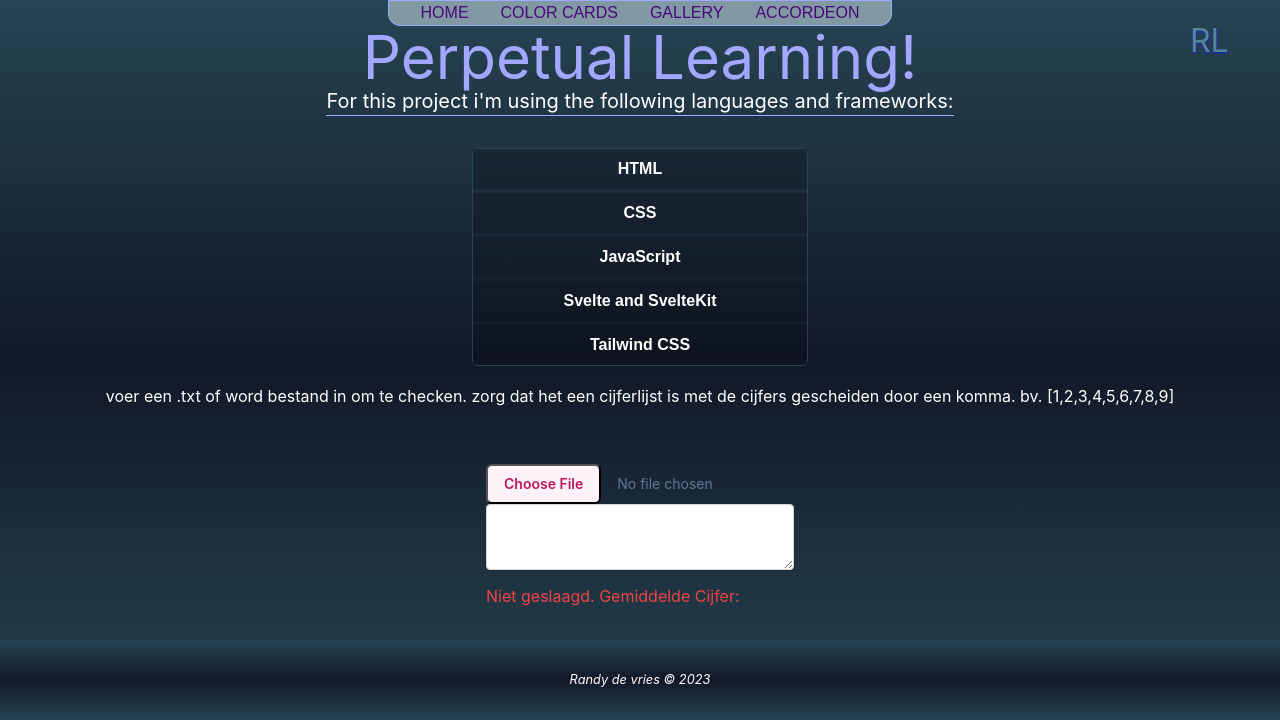
Repository: Freezler/svelte-app
Page: /links
The author's editor kept a copy of each file at every save. The page is drawn from the files as they stood at one save, then again after a run of saves.
The browser window is 1280 px wide. The pictures show the whole page.
The project was rebuilt for these pictures with package versions that can differ from the ones it lists, and the page was loaded fresh each time. The framework's server and built-in components were replaced by stand-ins that run in the browser. Also part of the build but not shown: svelte.config.js, vite.config.js.

Above is the page before, as saved 2023-11-12 11:41:29.

### src/app.html
<!DOCTYPE html>
<html lang="en">
	<head>
		<meta charset="utf-8" />
		<link rel="icon" href="%sveltekit.assets%/favicon.png" />
		<meta name="viewport" content="width=device-width" />
		%sveltekit.head%
		<title>SvelteKitProject</title>
	</head>
	<body data-sveltekit-preload-data="hover">
		<div style="display: contents">%sveltekit.body%</div>
	</body>
</html>

### src/routes/+layout.svelte
<script>
  import '../app.css';
  import Navbar from '../components/Navbar.svelte';
  import Footer from '../components/Footer.svelte';
</script>

<html lang="en" class="select-none scroll-smooth">
  <head>
    <!-- Add any necessary head content here -->
  </head>
  <body class=" flex flex-col h-full overflow-scroll">
    <Navbar />
    <main>
      <slot />
    </main>
    <Footer />
  </body>
</html>

### src/routes/links/+page.svelte
<script>
	import { onDestroy, onMount } from 'svelte';
	onMount(() => console.log('Mounted Links page'));
	onDestroy(() => console.log('Unmounted Links page'));
	import CijferlijstInput from '../../components/CijferlijstInput.svelte';
	import Accordion from '../../components/Accordion.svelte';

</script>

<main
	class=" z-100 flex h-screen scroll-smooth justify-center items-center w-screen flex-col bg-gradient-to-b from-astral-900 via-gray-900 to-astral-900 overflow-scroll pb-24"
>
<div class="flex flex-col w-[100%] items-center justify-center font-sans h-screen ">
	<h1 class="animate-slow-slide-down text-3xl sm:text-5xl md:text-6xl xl:8xl text-purpleone-300  ">Perpetual Learning!</h1>
	<p class="animate-slow-slide-up text-xs sm:text-[16px] md:text-xl xl:2xl text-white border-b-[1px]  border-purpleone-300 text-purpleone600">For this project i'm using the following languages and frameworks:</p>
	<Accordion />
</div>
<div class="flex flex-col w-[100%] items-center justify-center"></div>
		<CijferlijstInput />
</main>

### src/app.css
@import 'tailwindcss/base';
@import 'tailwindcss/components';
@import 'tailwindcss/utilities';

/* Your custom CSS goes here */
body {
	scroll-behavior: smooth;
}

body * {
	-moz-scrollbar-width: none;
	scrollbar-width: none;
	-ms-overflow-style: none;
}

### src/components/Navbar.svelte
<script>
	let showNav = false;

	const toggleNav = () => {
		showNav = !showNav;
		const body = document.body;

		if (showNav) {
			body.classList.add('overflow-hidden');
		} else {
			body.classList.remove('overflow-hidden');
		}
	};
</script>

<nav
	class=" fixed bottom-0 z-40 flex h-20 w-[100%] select-none items-center justify-between text-center antialiased focus:select-none md:right-0 md:top-0 md:justify-center"
>
	<a href="/" class="ml-3 flex h-16 select-none items-center focus:select-none "
		><svg
			class="flex h-20 animate-pulse md:right-0 md:absolute"
			version="1.1"
			xmlns="http://www.w3.org/2000/svg"
			width="100"
			height="100"
			viewBox="0 0 100 100"
		>
			<!-- Outline -->
			<text
				class="select-none focus:select-none shadow-xl animate-slow-slide-down "
				x="0"
				y="66"
				font-size="40"
				fill="red3"
				stroke="#12ff"
				stroke-width="2"
				stroke-linejoin="round">RL</text
			>
			<!-- Text -->
			<text class="animate-slow-slide-in" x="0" y="65" font-size="40" fill="#87ccd9">RL</text>
		</svg></a
	>

	<!-- Hamburger voorS  mobile/kleine schermen -->
	<button
		class=" mr-8 select-none text-white focus:select-none active:select-none md:hidden"
		on:click={toggleNav}
	>
		<div class="relative flex h-6 w-6 items-center">
			<span
				class={' absolute block h-[2px] w-5 origin-center bg-blueone-50 transition-transform'}
				class:rotate-45={showNav}
				class:top-2={!showNav}
			></span>
			<span
				class={'z-2000 absolute block h-[2px] w-5 origin-center bg-white blur-none transition-transform'}
				class:-rotate-45={showNav}
				class:bottom-2={!showNav}
			></span>
			<span
				class={'z-2000 absolute block h-[2px] w-5 origin-center bg-white blur-none transition-transform'}
				class:-rotate-45={showNav}
				class:bottom-2={!showNav}
			></span>
		</div>
	</button>

	<div
		class={`absolute top-0 z-50	hidden  -[80px] select-none rounded-b-xl text-purplethree-950  font-display uppercase  items-center justify-center gap-8 px-8 border-[1px] border-purpleone-300   bg-astral-100 bg-opacity-50  bg-cover bg-center    md:flex ${
			showNav ? 'hidden' : 'block'
		}`}
	>
	    <a href="/" class="hover:text-cyan-200 hover:bg-slate-500 ">Home</a>
		<a href="/blogs" class="hover:text-cyan-200 hover:bg-slate-500  ">Color Cards</a>
		<a href="/about" class="hover:text-cyan-200 hover:bg-slate-500">Gallery</a>
		<a href="/links" class="hover:text-cyan-200 hover:bg-slate-500">Accordeon</a>
	</div>
</nav>

<!-- Conditional Mobile Menu Overlay -->
{#if showNav}
	<div
		class=" fixed inset-0 z-50 flex animate-slow-fade-in select-none items-center justify-center bg-gray-800 bg-opacity-40 backdrop-blur-[2px]"
		on:click={toggleNav}
		on:keypress={toggleNav}
		role="button"
		tabindex="0"
	>
		<div
			class="absulute flex select-none flex-col items-center text-2xl text-gray-200 opacity-100 transition-opacity duration-100 ease-in-out"
		>
			<a href="/" tabindex="0" class="text-cyan-200"
				><svg xmlns="http://www.w3.org/2000/svg" width="80" height="80" viewBox="0 0 80 80">
					<!-- Outline -->
					<text
						x="16"
						y="50"
						font-family="Inter"
						font-size="40"
						fill="cyan"
						stroke="#dfe2ff"
						stroke-width="6"
						stroke-linejoin="round">RL</text
					>
					<!-- Text -->
					<text x="16" y="50" font-family="Inter" font-size="40" fill="indigo">RL</text>
				</svg>
				<hr class="mb-6 w-full border-bluetwo-400" /></a
			>
			<a href="/projects" tabindex="0" class="text-[#b910377e]">under construction..</a>
			<a href="/blogs" tabindex="0" class="text-[#dfe2ff]">Color Cards</a>
			<a href="/about" tabindex="0" class="text-[#dfe2ff]">Gallery</a>
			<a href="/links" tabindex="0" class="text-[#dfe2ff]">Accordeon</a>
		</div>
	</div>
{/if}

### src/components/Footer.svelte
<script>
</script>

<div class="bg-opacity-70 bg-gradient-to-b from-astral-900 via-gray-900 to-astral-900 bg-cover bg-center bg-no-repeat bg-blone-300  fixed w-screen bottom-0 h-20 flex items-center p-0 m-0">
  <div class="flex w-full items-center justify-around">
	<!-- GitHub icon -->
	<small class="text-white italic">Randy de vries &copy; {new Date().getFullYear()}</small>
  </div>
</div>

### src/components/CijferlijstInput.svelte
<!-- FileInput.svelte -->
<script>
  import { onMount } from 'svelte';

  export let fileContent = '';
  export let isSuccess = false;
  let gemiddeldeCijfer = '';

  function handleFileInput(event) {
	const file = event.target.files[0];

	if (file) {
	  const reader = new FileReader();

	  reader.onload = function (e) {
		const content = e.target.result;
		if (content.trim() !== '') {
		  fileContent = content;
		  isSuccess = true;
		  gemiddeldeCijfer = calculateGemiddeldeCijfer(fileContent);
		}
	  };

	  reader.readAsText(file);
	}
  }

  function calculateGemiddeldeCijfer(content) {
	const cijfers = content.split('\n').filter(line => line.trim() !== '').map(Number);
	const totaal = cijfers.reduce((acc, curr) => acc + curr, 0);
	return totaal / cijfers.length;
  }
</script>
<div class="text-center text-white -translate-y-10"><h3>voer een .txt of word bestand in om te checken.
	zorg dat het een cijferlijst is met de cijfers gescheiden door een komma. bv. [1,2,3,4,5,6,7,8,9]
</h3></div>
<div class="p-4 min-w-[340px]">
  <input
	type="file"
	accept=".txt, .doc, .docx"
	on:change={handleFileInput}
	class="block w-full text-sm text-slate-500 file:mr-4 file:py-2 file:px-4 file:rounded-md file:border-1 file:text-sm file:font-semibold file:bg-pink-50 file:text-pink-700 hover:file:bg-pink-100"
  />
  <textarea bind:value={fileContent} class="w-full h-[content] border border-gray-300 rounded p-2"></textarea>

  {#if isSuccess}
	<p class="text-green-500 mt-2 mx-auto">Van harte gefeliciteerd, je bent geslaagd! Gemiddelde Cijfer: {gemiddeldeCijfer}</p>
  {:else}
	<p class="text-red-500 mt-2 mx-auto">Niet geslaagd. Gemiddelde Cijfer: {gemiddeldeCijfer}</p>
  {/if}
</div>

### src/components/Accordion.svelte
<script>
	let panels = [
		{
			title: 'HTML',
			content:
				'HTML is the standard markup language for documents designed to be displayed in a web browser.'
		},
		{ title: 'CSS', content: 'CSS is used to define styles for your web pages' },
		{
			title: 'JavaScript',
			content: 'JavaScript is used to add interactivity to your web pages'
		},
		{
			title: 'Svelte and SvelteKit',
			content: 'Svelte and SvelteKit are both JavaScript frameworks'
		},
		{ title: 'Tailwind CSS', content: 'Tailwind CSS is a utility-first CSS framework' }
	];

	let expandedPanel = null;

	function togglePanel(panel) {
		if (expandedPanel === panel) {
			expandedPanel = null;
		} else {
			expandedPanel = panel;
		}
	}
</script>

<div class="bg-transparent animate-slow-slide-up z-60 wrapper max-w-[400px] mx-auto mt-[0] w-[80%] text-center rounded-sm p-8">
	<div class="flex flex-col space-y-1  rounded-md border-[1px] border-astral-900">
		{#each panels as panel}
			<!-- svelte-ignore a11y-no-static-element-interactions -->
			<div
				class="relative isolate animate-fast-fade-in overflow-hidden"
				on:click={() => togglePanel(panel)}
				on:keydown={() => togglePanel(panel)}
				aria-roledescription="accordion"
			>
				<div class="" aria-expanded={panel === expandedPanel}>
					<!-- svelte-ignore empty-block -->
					{#if panel === expandedPanel}{/if}
					<div
						class="relative isolate grid place-items-center bg-[rgba(0,0,0,0.2)] p-2 font-display font-bold text-white"
					>
						{panel.title}
					</div>
				</div>
				{#if expandedPanel === panel}
					<div
						class="max-w-[100%] z-20 animate-slow-fade-in bg-astral-900 bg-opacity-70 px-6 py-0"
					>
						<svg
							xmlns="http://www.w3.org/2000/svg"
							class="icon icon-tabler icon-tabler-chevron-up mx-auto animate-pulse"
							width="24"
							height="24"
							viewBox="0 0 24 24"
							stroke-width="1.5"
							stroke="white"
							fill="rgba(39, 68, 82, 100%)"
							stroke-linecap="round"
							stroke-linejoin="round"
						>
							<path stroke="none" d="M0 0h24v24H0z" fill="transparent" />
							<polyline points="6 15 12 9 18 15" />
						</svg>
						<p class="text-white pb-3">
							{panel.content}
						</p>
					</div>
				{/if}
			</div>
		{/each}
	</div>
</div>

### tailwind.config.js
/** @type {import('tailwindcss').Config} */
const plugin = require('tailwindcss/plugin');
export default {
	content: ['./src/**/*.{html,js,svelte,ts}'],
	theme: {
		extend: {

			animation: {
				btnPulse: ' btnPulse 1s infinite',
				'spin-slow': 'spin 3s linear infinite',
				'spin-fast': 'spin 1s linear infinite',
				'slow-fade-in': 'fade-in 0.7s ease-in-out',
				'fast-fade-in': 'fade-in 0.5s ease-in-out',
				'slow-fade-out': 'fade-out 0.5s ease-in-out',
				'fast-fade-out': 'fade-out 0.7s ease-in-out',
				'slow-slide-in': 'slide-in 0.6s ease-in-out',
				'fast-slide-in': 'slide-in 3s ease-in-out',
				'slow-slide-up': 'slide-up 0.6s cubic-bezier(0.215, 0.61, 0.355, 1)',
				'slow-slide-out': 'slide-out 0.6s ease-in-out',
				'fast-slide-out': 'slide-out 0.3s ease-in-out',
				'ani-translate-y': 'translate-y 5s ease-in-out',
				'fast-slide-up': 'slide-up 0.5s cubic-bezier(0.215, 0.61, 0.355, 1)',
				'slow-slide-down': 'slide-down 0.6s cubic-bezier(0.215, 0.61, 0.355, 1)',
				'burger-smooth': 'burger-smooth 2s ease-in-out',
			    'wave': 'wave .9s ease-in-out',
			},
			keyframes: {
				'fade-in': {
					'0%': { opacity: '0' },
					'100%': { opacity: '1' }
				},
				'fade-out': {
					'0%': { opacity: '1' },
					'100%': { opacity: '0' }
				},
				'slide-in': {
					'0%': { transform: 'translateX(-240px)' },
					'100%': { transform: 'translateX(0)' }
				},
				'slide-out': {
					'0%': { transform: 'translateX(0)' },
					'100%': { transform: 'translateX(-100%)' }
				},
				'translate-y': {
					'0%': { transform: 'translateY(0)' },
					'100%': { transform: 'translateY(-100%)' }
				},
				wave: {
					'0%': { transform: 'rotate(0deg)' },
					'25%': { transform: 'rotate(45deg)' },
					'50%': { transform: 'rotate(35deg)' },
					'100%': { transform: 'rotate-45deg)' }
				},
				'slide-up': {
					'0%': { transform: 'translateY(240px)' },
					'100%': { transform: 'translateY(0)' }
				},
				'slide-down': {
					'0%': { transform: 'translateY(-400px)' },
					'100%': { transform: 'translateY(0px)' }
				},
				'btnPulse': {
					'0%': { transform: 'scale(1))' },
					'50%': { transform: 'scale(0.9)' },
					'100%': { transform: 'scale(1)' }
				}
			},

			fontFamily: {
				sans: ['Inter', 'Arial', 'Helvetica', 'sans-serif'],
				serif: ['Georgia', 'serif'],
				mono: ['Menlo', 'Monaco', 'Courier New', 'monospace'],
				display: ['Oswald', 'sans-serif'],
				handwriting: ['Pacifico', 'cursive']
			},
			colors: {
				blueone: {
					50: '#e6f5ff',
					100: '#d2ecff',
					200: '#aedaff',
					300: '#7dbfff',
					400: '#4b94ff',
					500: '#2268ff',
					600: '#003bff',
					700: '#003fff',
					800: '#0035d7',
					900: '#0830a7',
					950: '#072383'
				},
				bluetwo: {
					50: '#f3f6fb',
					100: '#e4e9f5',
					200: '#d0daed',
					300: '#afc2e1',
					400: '#89a2d1',
					500: '#6c85c5',
					600: '#596db7',
					700: '#4e5da7',
					800: '#454e8a',
					900: '#3b436d',
					950: '#272b44'
				},
				bluethree: {
					50: '#f2f6fc',
					100: '#e3ebf6',
					200: '#cdddf0',
					300: '#aac6e6',
					400: '#81a8d9',
					500: '#638cce',
					600: '#4f73c1',
					700: '#4561b0',
					800: '#3d5190',
					900: '#2c395f',
					950: '#242c47'
				},
				astral: {
					50: '#f0fafb',
					100: '#d9f0f4',
					200: '#b8e2e9',
					300: '#87ccd9',
					400: '#4fadc1',
					500: '#328ea3',
					600: '#2d768d',
					700: '#2b6173',
					800: '#2a5160',
					900: '#274452',
					950: '#152c37'
				},
				greenone: {
					50: '#f5ffe5',
					100: '#e6ffc7',
					200: '#cdff96',
					300: '#9ffc41',
					400: '#8bf328',
					500: '#6cd909',
					600: '#50ae02',
					700: '#3e8407',
					800: '#34680c',
					900: '#2c580f',
					950: '#143102'
				},
				greentwo: {
					50: '#f1fcf5',
					100: '#dff9e9',
					200: '#c0f2d4',
					300: '#8fe6b2',
					400: '#56d289',
					500: '#30b768',
					600: '#26aa5d',
					700: '#1e7743',
					800: '#1d5e39',
					900: '#194e31',
					950: '#082b19'
				},
				greenthree: {
					50: '#f2f7f4',
					100: '#dfece3',
					200: '#c1d9ca',
					300: '#98bda8',
					400: '#6b9c82',
					500: '#518a6e',
					600: '#37644f',
					700: '#2c5040',
					800: '#254035',
					900: '#1f352b',
					950: '#101e18'
				},
				roseone: {
					50: '#fef1fa',
					100: '#fde6f7',
					200: '#feccf1',
					300: '#fea3e4',
					400: '#fc6ad0',
					500: '#f74bbf',
					600: '#e61c9a',
					700: '#c90d7d',
					800: '#a60e66',
					900: '#8a1158',
					950: '#550232'
				},
				purpleone: {
					50: '#edf0ff',
					100: '#dfe2ff',
					200: '#c5caff',
					300: '#a2a7ff',
					400: '#7f7cfd',
					500: '#6d5ef6',
					600: '#5e40eb',
					700: '#5d41d3',
					800: '#412ca7',
					900: '#382b84',
					950: '#22194d'
				},
				purpletwo: {
					50: '#fcf3ff',
					100: '#fae7ff',
					200: '#f3ceff',
					300: '#eea7ff',
					400: '#e473ff',
					500: '#d12ef6',
					600: '#bc1edb',
					700: '#9f15b6',
					800: '#841494',
					900: '#6f1679',
					950: '#490151'
				},
				purplethree: {
					50: '#faf5ff',
					100: '#f3e8ff',
					200: '#ead4ff',
					300: '#d9b3ff',
					400: '#c282fe',
					500: '#aa53f9',
					600: '#9530ed',
					700: '#801fd1',
					800: '#6d1faa',
					900: '#591a89',
					950: '#4b077e'
				},
				rosetwo: {
					50: '#fef1f8',
					100: '#fee5f3',
					200: '#ffcae8',
					300: '#ff9fd4',
					400: '#ff64b5',
					500: '#fe1f8a',
					600: '#ef1372',
					700: '#d00657',
					800: '#ac0848',
					900: '#8f0c3f',
					950: '#580021'
				},
				redone: {
					50: '#fff0f0',
					100: '#ffdede',
					200: '#ffc2c2',
					300: '#ff9898',
					400: '#ff5d5d',
					500: '#ff2b2b',
					600: '#f70808',
					700: '#d00505',
					800: '#ac0808',
					900: '#8e0e0e',
					950: '#4e0101'
				},
				redtwo: {
					50: '#fcf4f4',
					100: '#fae6e6',
					200: '#f7d1d1',
					300: '#f0b1b1',
					400: '#e58484',
					500: '#d75c5c',
					600: '#be3c3c',
					700: '#a33232',
					800: '#872d2d',
					900: '#712b2b',
					950: '#3d1212'
				},
				greyone: {
					50: '#f6f6f6',
					100: '#e7e7e7',
					200: '#d1d1d1',
					300: '#b0b0b0',
					400: '#888888',
					500: '#6d6d6d',
					600: '#5d5d5d',
					700: '#4f4f4f',
					800: '#454545',
					900: '#3d3d3d',
					950: '#050505'
				},
				greytwo: {
					50: '#f4f5fa',
					100: '#e7e9f2',
					200: '#d4d7e9',
					300: '#b6bcda',
					400: '#939bc7',
					500: '#797fb8',
					600: '#6769a9',
					700: '#5c5b9a',
					800: '#504e7f',
					900: '#444266',
					950: '#232232'
				}
			}
		},
		screens: {
			// default is oudere schermen erg klein!  -->
			xxxs: '360px', // modernere kleine schermen
			xxs: '480px', // Extra extra small screen size
			xs: '640px', // Extra small screen size
			sm: '768px', // Small screen size
			md: '1024px', // Medium screen size
			lg: '1280px', // Large screen size
			xl: '1440px', // Extra large screen size
			xxl: '1920px', // Extra extra large screen size
			xxxl: '3840px' // 4K screen size (3840px)
			// Je kunt meer schermformaten toevoegen indien nodig
		},

		fonts: {
			sans: ['Inter', 'Arial', 'Helvetica', 'sans-serif'],
			serif: ['Georgia', 'serif'],
			mono: ['Bebas Neue','Monaco', 'Courier New', 'monospace'],
			display: ['San-francisco', 'sans-serif'],
			handwriting: ['Pacifico', 'cursive']
		},
		textShadow: {
			sm: '0 1px 2px var(--tw-shadow-color)',
			DEFAULT: '0 2px 4px var(--tw-shadow-color)',
			lg: '0 8px 16px var(--tw-shadow-color)'
		}
	},
	plugins: [
		plugin(function ({ matchUtilities, theme }) {
			matchUtilities(
				{
					'text-shadow': (value) => ({
						textShadow: value
					})
				},
				{ values: theme('textShadow') }
			);
		})
	]
};

After the next 5 saves:
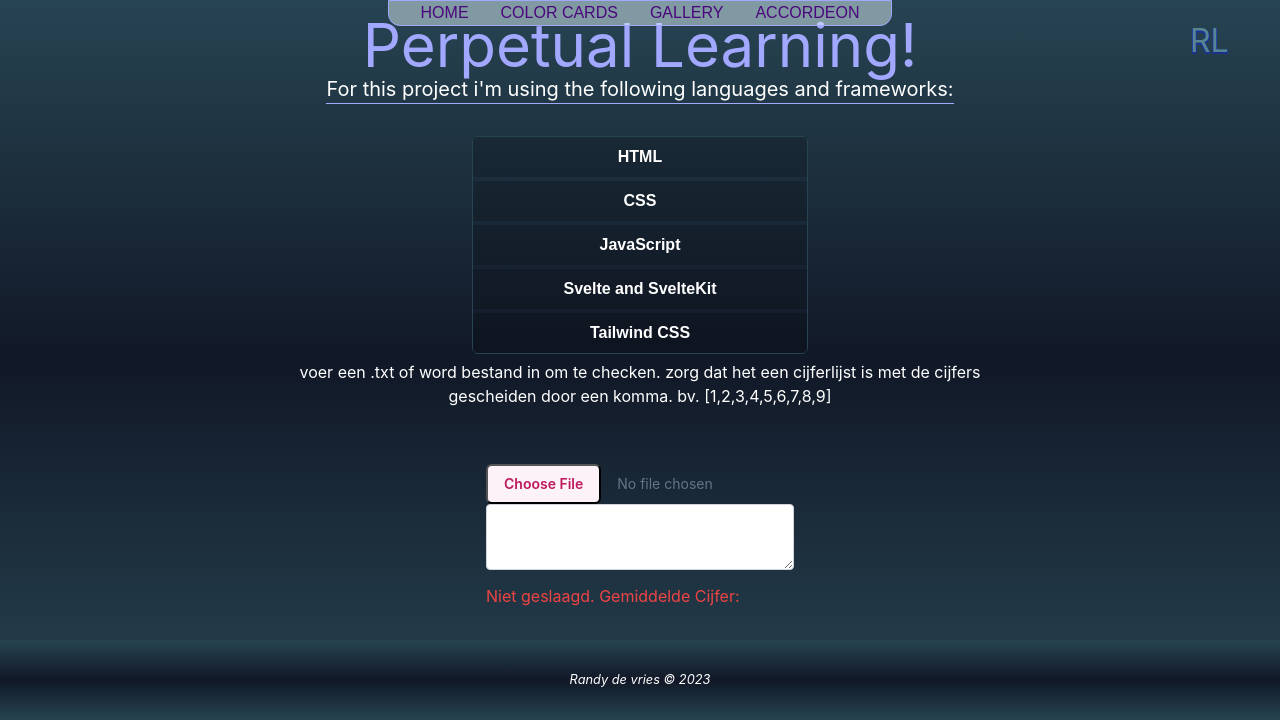
The 5 saves are shown as one change because they came seconds apart.
The last was saved 19 s later.
--- a/src/components/CijferlijstInput.svelte
+++ b/src/components/CijferlijstInput.svelte
@@ -31,7 +31,7 @@
 	return totaal / cijfers.length;
   }
 </script>
-<div class="text-center text-white -translate-y-10"><h3>voer een .txt of word bestand in om te checken.
+<div class="text-center text-white -translate-y-10 w-[60%]"><h3>voer een .txt of word bestand in om te checken.
 	zorg dat het een cijferlijst is met de cijfers gescheiden door een komma. bv. [1,2,3,4,5,6,7,8,9]
 </h3></div>
 <div class="p-4 min-w-[340px]">
